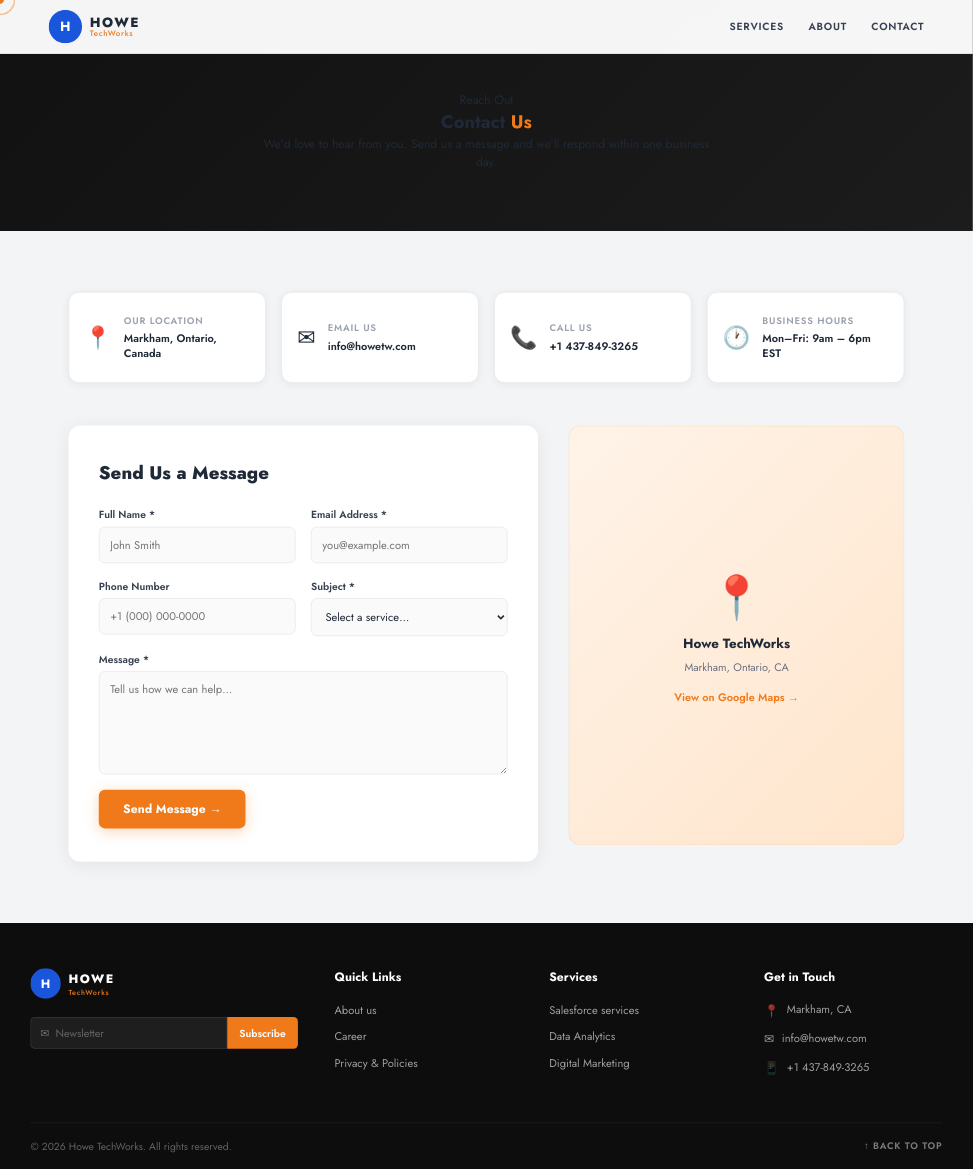
Repository: antria-martin/edgeshift_website
Page: /contact
These files come from the project's save history. The page is drawn as it stood at one moment and after the next save; the edit follows.
The browser window is 1280 px wide. The pictures show the whole page, at 76% of full size.
The project was rebuilt for these pictures with package versions that can differ from the ones it lists, and the page was loaded fresh each time. The framework's server and built-in components were replaced by stand-ins that run in the browser. Also part of the build but not shown: next.config.ts.

Above is the page before, as saved 2026-03-19 22:25:53.

After the next save:
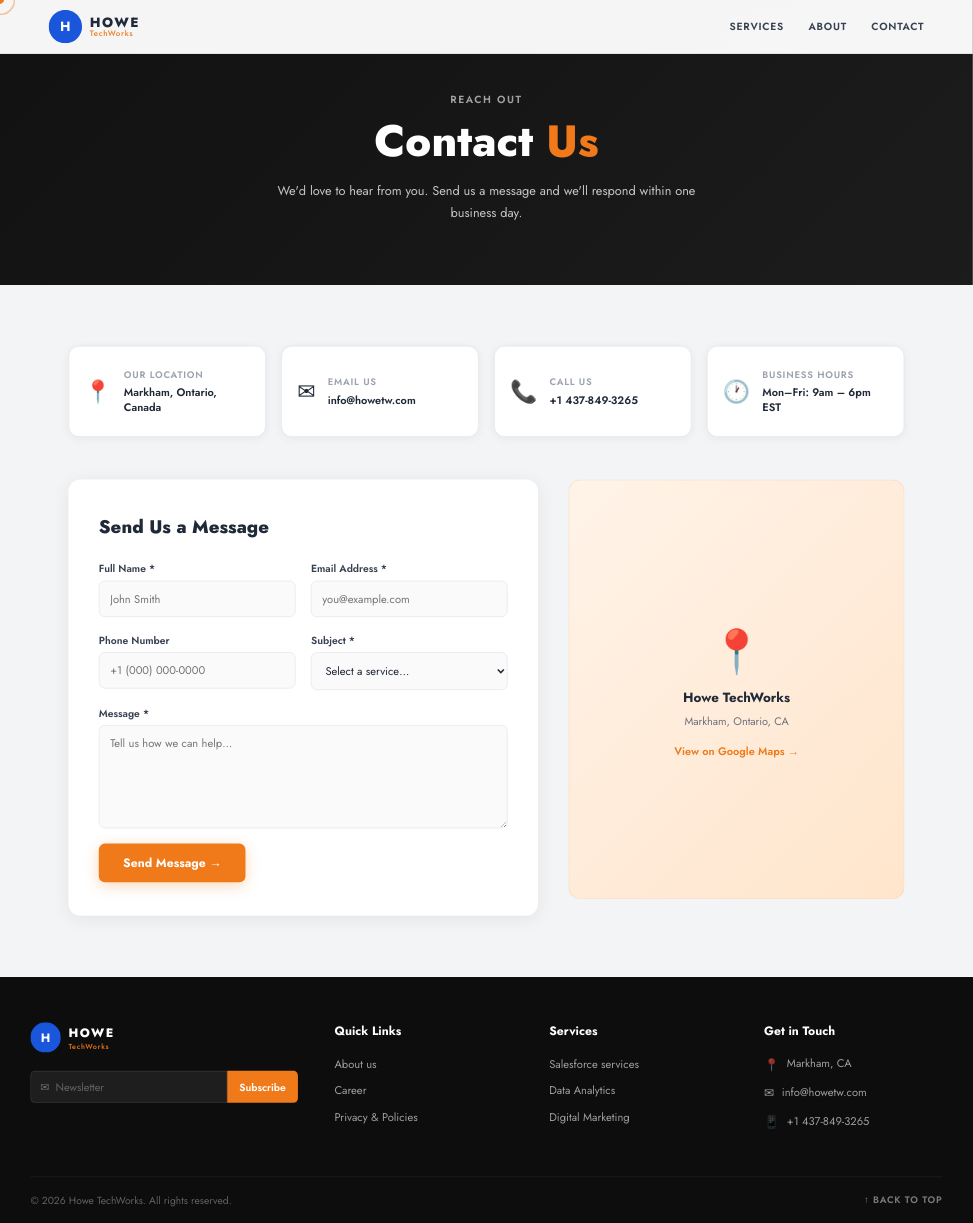
Saved 61 s later.
--- a/src/app/contact/contact.module.css
+++ b/src/app/contact/contact.module.css
@@ -14,6 +14,29 @@
 
 .heroTitle span {
   color: #f07a1a;
+}
+
+.eyebrow {
+  font-size: 0.85rem;
+  font-weight: 600;
+  letter-spacing: 2px;
+  color: rgba(255, 255, 255, 0.6);
+  text-transform: uppercase;
+  margin-bottom: 12px;
+}
+
+.heroTitle {
+  font-size: clamp(2.2rem, 5vw, 3.6rem);
+  font-weight: 800;
+  color: #fff;
+  margin-bottom: 18px;
+  line-height: 1.15;
+}
+
+.heroSub {
+  font-size: 1.05rem;
+  color: rgba(255, 255, 255, 0.75);
+  line-height: 1.75;
 }
 
 .section {
